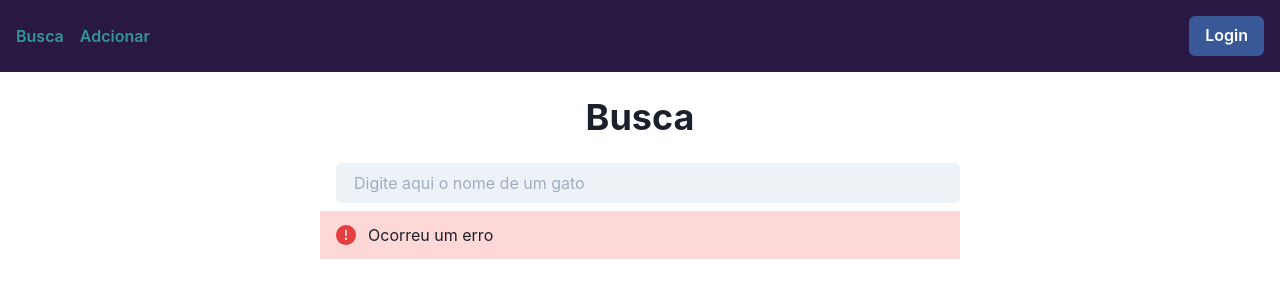
Repository: thislucasme/front-end-cats-react.js
Page: /
These files come from the project's save history. The page is drawn as it stood at one moment and after the next save; the edit follows.
The browser window is 1280 px wide. The pictures show the whole page.
The page's requests for data from a server got no answer. The project was rebuilt for these pictures with package versions that can differ from the ones it lists, and the page was loaded fresh each time. No one was signed in, and anything a server would have sent is missing. Also part of the build but not shown: src/components/Login.tsx, src/components/CadastroUsuarioGato.tsx, src/components/CadastroGatos.tsx.

Above is the page before, as saved 2021-10-29 17:33:03.

### src/index.tsx
import { ColorModeScript } from "@chakra-ui/react"
import * as React from "react"
import ReactDOM from "react-dom"
import { App } from "./App"
import reportWebVitals from "./reportWebVitals"
import * as serviceWorker from "./serviceWorker"
import { ChakraProvider, theme } from '@chakra-ui/react'

ReactDOM.render(
  <React.StrictMode>
    <ColorModeScript />
    <ChakraProvider theme={theme}>
      <App />
    </ChakraProvider>
  </React.StrictMode>,
  document.getElementById("root"),
)

// If you want your app to work offline and load faster, you can change
// unregister() to register() below. Note this comes with some pitfalls.
// Learn more about service workers: https://cra.link/PWA
serviceWorker.unregister()

// If you want to start measuring performance in your app, pass a function
// to log results (for example: reportWebVitals(console.log))
// or send to an analytics endpoint. Learn more: https://bit.ly/CRA-vitals
reportWebVitals()

### src/App.tsx
import React from "react";
import { AuthProvider } from "./context/auth";
import { RouteCommponent } from "./components/RouteComponent";
export const App: React.FC = () => {
  return (
    <AuthProvider>
      <RouteCommponent />
    </AuthProvider>
  );
}

### src/context/auth.tsx
import React, { createContext, useContext, useEffect, useState } from "react";
import { api } from '../lib/api';

interface AuthContextData {
	signed: boolean;
	Login(email: string, senha: string): Promise<void>;
}
const AuthContext = createContext<AuthContextData>({} as AuthContextData);


export const AuthProvider: React.FC = ({ children }) => {

	const [user, setUser] = useState<object | null>();

	useEffect(() => {
		const storageUser = localStorage.getItem('@App:user');
		const storageToken = localStorage.getItem('@App:token');

		if (storageToken && storageUser) {
			setUser(JSON.parse(storageUser));
		}
	}, [])

	async function Login(email: string, senha: string) {
		const response = await api.post('/auth/login', {
			email,
			senha
		});
		if (response.data.access_token !== undefined) {
			setUser(response.data.user);
			localStorage.setItem('@App:token', response.data.access_token);
		}
		return response.data.access_token;
	}

	return (
		<AuthContext.Provider value={{ signed: Boolean(user), Login: Login }}>
			{children}
		</AuthContext.Provider>
	);
};

export function useAuth() {
	const context = useContext(AuthContext);
	return context;
}

export default AuthContext;

### src/components/RouteComponent.tsx
import React from 'react';
import { BrowserRouter, Route, Switch } from 'react-router-dom';
import { Login } from './Login';
import { Busca } from './BuscaGatos';
import { UserCadastro } from './CadastroUsuarioGato';
import { Cadastro } from './CadastroGatos';
export const RouteCommponent = () => {
	return (
		<BrowserRouter>
			<Switch>
				<Route path="/login" component={Login} />
				<Route path="/create-account" component={UserCadastro} />
				<Route path="/cadastro/gato" component={Cadastro} />
				<Route path="/" component={Busca} />
			</Switch>
		</BrowserRouter>
	);
}

### src/lib/api.ts
import axios from "axios";

export const apiEndPoint = 'http://localhost:3000';

export const api = axios.create({
	baseURL: apiEndPoint,

});


api.interceptors.request.use(
	config => {
		const token = localStorage.getItem('@App:token');

		console.log(token);
		if (token) {

			config.headers['Authorization'] = `Bearer ${token}`
		}

		return config;
	}
)
export const apiPostUserCat = async () => {
	try {
		const res = await api.post('/auth/user');
		return res;
	} catch (e) {
		return { data: null, error: e };
	}
}

### src/components/BuscaGatos.tsx
import { Center, Flex, useToast, Heading, Input, Spacer, VStack } from "@chakra-ui/react";
import axios from "axios";
import React, { useState } from "react";
import { mutate } from "swr";
import { Lista } from "./lista.gatos";
import { Menu } from "./menu";
import { useGato } from "../hooks/useGatos";
import { useUserGato } from "../hooks/useUserGato";

export const Busca = () => {

	const [campoBusca, setCampoBusca] = useState("");

	const toast = useToast();

	const { userCat } = useUserGato();

	function openLink(url: string) {
		window.open(url, '_self')
	}

	if (userCat?.data === null) {
		openLink('/login')
	}


	//hook personalizado
	const { cats, isError, mutate } = useGato(campoBusca);

	function apagarGato(id: number) {
		axios.delete('http://localhost:3000/cats/' + id)
			.then(response => {
				mutate();
				toast({
					title: "Item removido",
					description: "Gato com id:" + id + " foi removido.",
					status: "success",
					duration: 2000,
					isClosable: true,
				})
			})
		console.log("Apagar gato com id: " + id);
	}

	return (
		<Center>
			<VStack w="full">
				<Menu />
				<VStack w="50%">
					<Heading my={4}>Busca</Heading>
					<Flex w="full">
						<Spacer />
						<Input ml={4} value={campoBusca} onChange={(e) => { setCampoBusca(e.target.value) }} variant="filled" placeholder="Digite aqui o nome de um gato" />
					</Flex>
					<Lista gatos={cats} onDelete={apagarGato} error={isError} />
				</VStack>
			</VStack>
		</Center>
	);
}

### src/components/lista.gatos.tsx
import React from "react";
import { Button, Table, Tbody, Td, Th, Thead, Tr, Image, Spinner, VStack, Text, AlertIcon, Alert } from "@chakra-ui/react";
import { Cat } from "../../cat.interface";


type Props = {
	gatos: Array<any>,
	error: any,
	onDelete: (id: number) => void
}

export const Lista = (props: Props) => {

	if (props.error) {
		return (
			<Alert status="error">
				<AlertIcon />
				Ocorreu um erro
			</Alert>
		);
	}
	if (!props.gatos) return (
		<VStack>
			<Spinner mt={5} />
			<Text>Carregando gatos...</Text>
		</VStack>
	);

	return (
		<Table mt={5} variant="simple">
			<Thead>
				<Tr>
					<Th>ID</Th>
					<Th>Nome</Th>
					<Th>Idade</Th>
					<Th>Sexo</Th>
					<Th>Ação</Th>
				</Tr>
			</Thead>
			<Tbody>
				{
					props.gatos?.map((res: Cat) => (
						<Tr key={res.idGato} color={"gray"} fontSize={"md"}>
							<Td>{res.idGato}</Td>
							<Td>{res.nome}</Td>
							<Td>{res.idade}</Td>
							<Td>{res.sexo}</Td>
							<Td><Button ml={4} variant={"ghost"} onClick={() => { props.onDelete(res.idGato) }}><Image src="https://i.ibb.co/89zmrZs/delete.png" /></Button></Td>
						</Tr>
					)).reverse()
				}

			</Tbody>

		</Table>
	);
}

### src/components/menu.tsx
import { Box, Button, Flex, Spacer } from "@chakra-ui/react";
import React from "react";
export const Menu = () => {

	function openLink(url: string) {
		window.open(url, '_self')
	}
	return (
		<>
			<Flex p={4} bg={"#291744"} w={"full"}>
				<Button onClick={() => { openLink('/buscar') }} mr={4} colorScheme="teal" variant="link">
					Busca
				</Button>
				<Button onClick={() => { openLink('/cadastro/gato') }} mr={4} colorScheme="teal" variant="link">
					Adcionar
				</Button>
				<Spacer />
				<Button onClick={() => { openLink('/login') }} colorScheme="facebook">Login</Button>
			</Flex>
		</>
	);
}

### src/hooks/useGatos.ts
import useSWR from "swr";
import { api } from "../lib/api";

export const useGato = (nome: string) => {
	const apiRequest = (url: string) => api.get(url).then(response => response.data);

	const { data, error, mutate } = useSWR('http://localhost:3000/cats/' + nome, apiRequest);

	return {
		cats: data,
		isError: error,
		mutate: mutate
	}
}

### src/hooks/useUserGato.ts
import useSWR from "swr";
import { apiPostUserCat } from "../lib/api";

export const useUserGato = () => {
	const { data, error, mutate } = useSWR('auth-user', apiPostUserCat);

	return {
		userCat: data,
		isError: error,
		mutate: mutate
	}
}

Loaded but not shown: public/index.html (common file); src/reportWebVitals.ts (common file); src/serviceWorker.ts (common file)

After the next save:
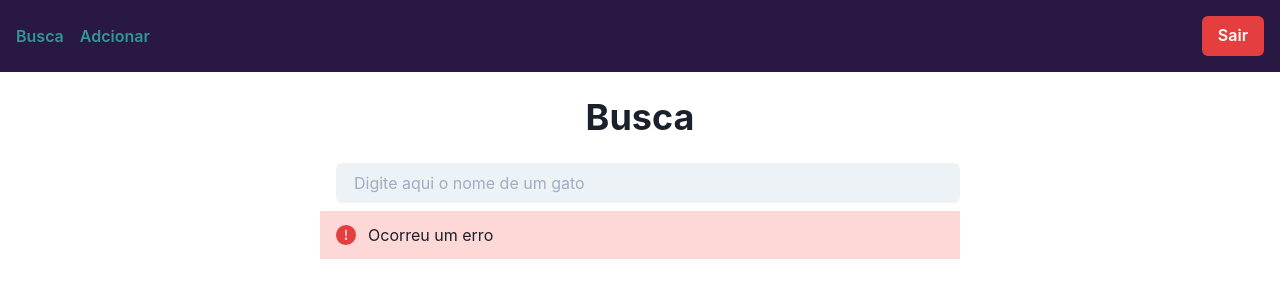
Saved 53 s later.
--- a/src/components/menu.tsx
+++ b/src/components/menu.tsx
@@ -15,7 +15,7 @@ export const Menu = () => {
 					Adcionar
 				</Button>
 				<Spacer />
-				<Button onClick={() => { openLink('/login') }} colorScheme="facebook">Login</Button>
+				<Button onClick={() => { openLink('/login') }} colorScheme="red">Sair</Button>
 			</Flex>
 		</>
 	);
